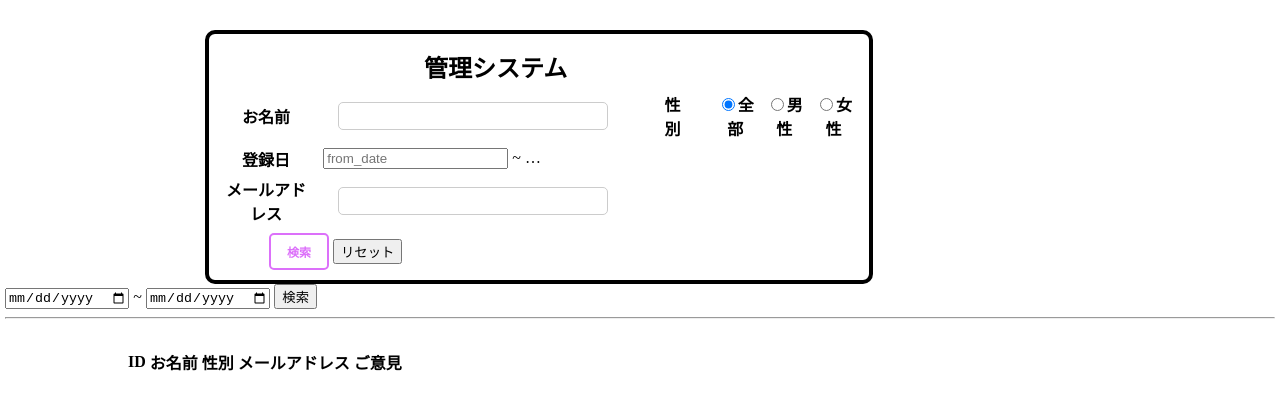
Repository: azuma2/kadai
Page: http://localhost/kanri
These files come from the project's save history. The page is drawn as it stood at one moment and after the next save; the edit follows.
The browser window is 1280 px wide. The pictures show the whole page.
The page is served by the project's Laravel application, run on PHP 8.4 with Laravel 8. Queries for data that is not in the repository find no rows.

Above is the page before, as saved 2022-06-02 03:18:33.

After the next save:
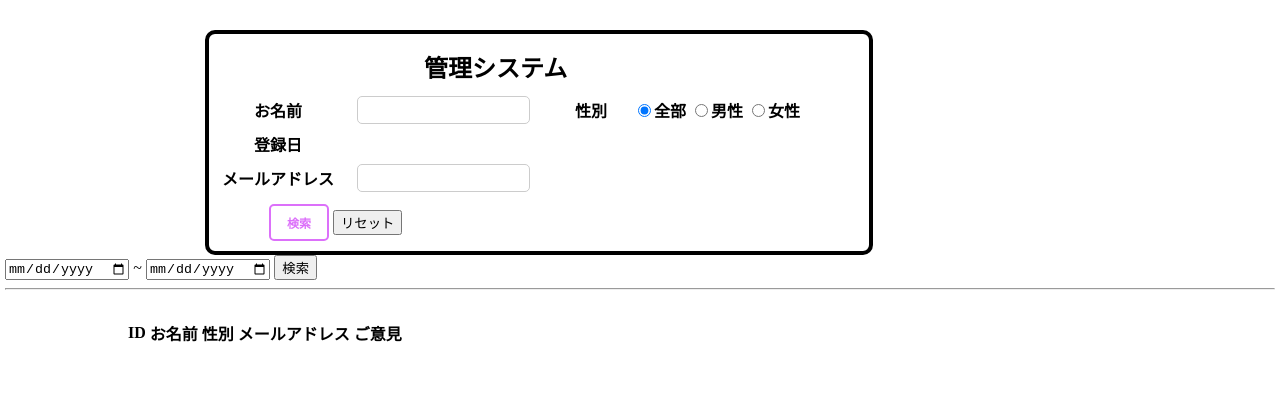
Saved 58 s later.
--- a/resources/views/kanri.blade.php
+++ b/resources/views/kanri.blade.php
@@ -166,10 +166,6 @@ table td:hover {
             登録日
           </th>
           <td>
-
-              <input type="text" name="from" placeholder="from_date">
-              <span >~</span>
-              <input type="text" name="until" placeholder="until_date">
 
 
           </td>
